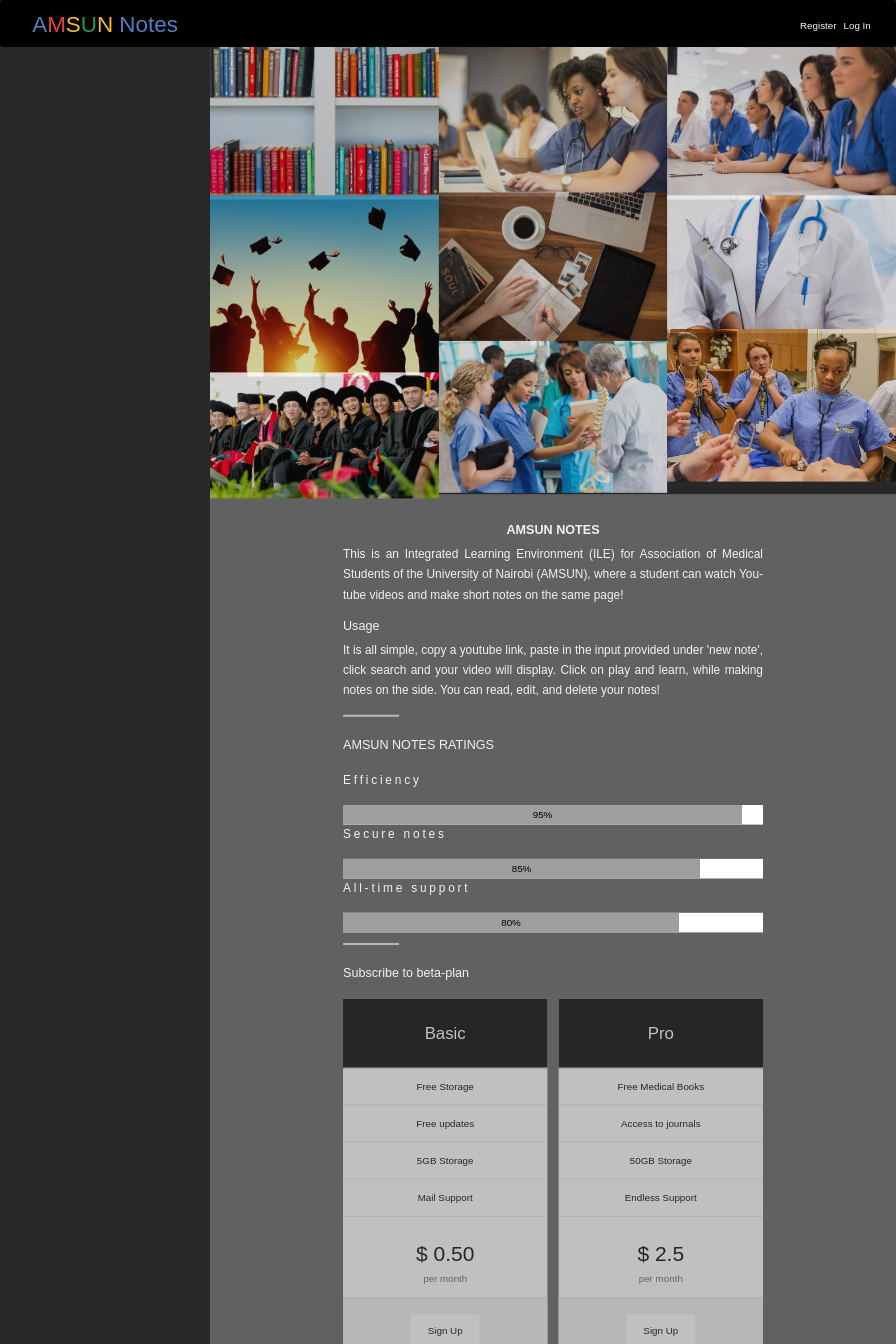
Repository: MakiniMakini/AMSUN-NOTES
Page: http://localhost/about
These files come from the project's save history. The page is drawn as it stood at one moment and after the next save; the edit follows.
The browser window is 1280 px wide. The pictures show the part of the page from y = 0 to 1920 px (the page is 2977 px tall), at 70% of full size.
Some web fonts or font styles are not loaded; a fallback is used. The page is served by the project's application, run on Flask 3 (application.py).

Above is the page before, as saved 2020-12-27 18:50:34.

After the next save:
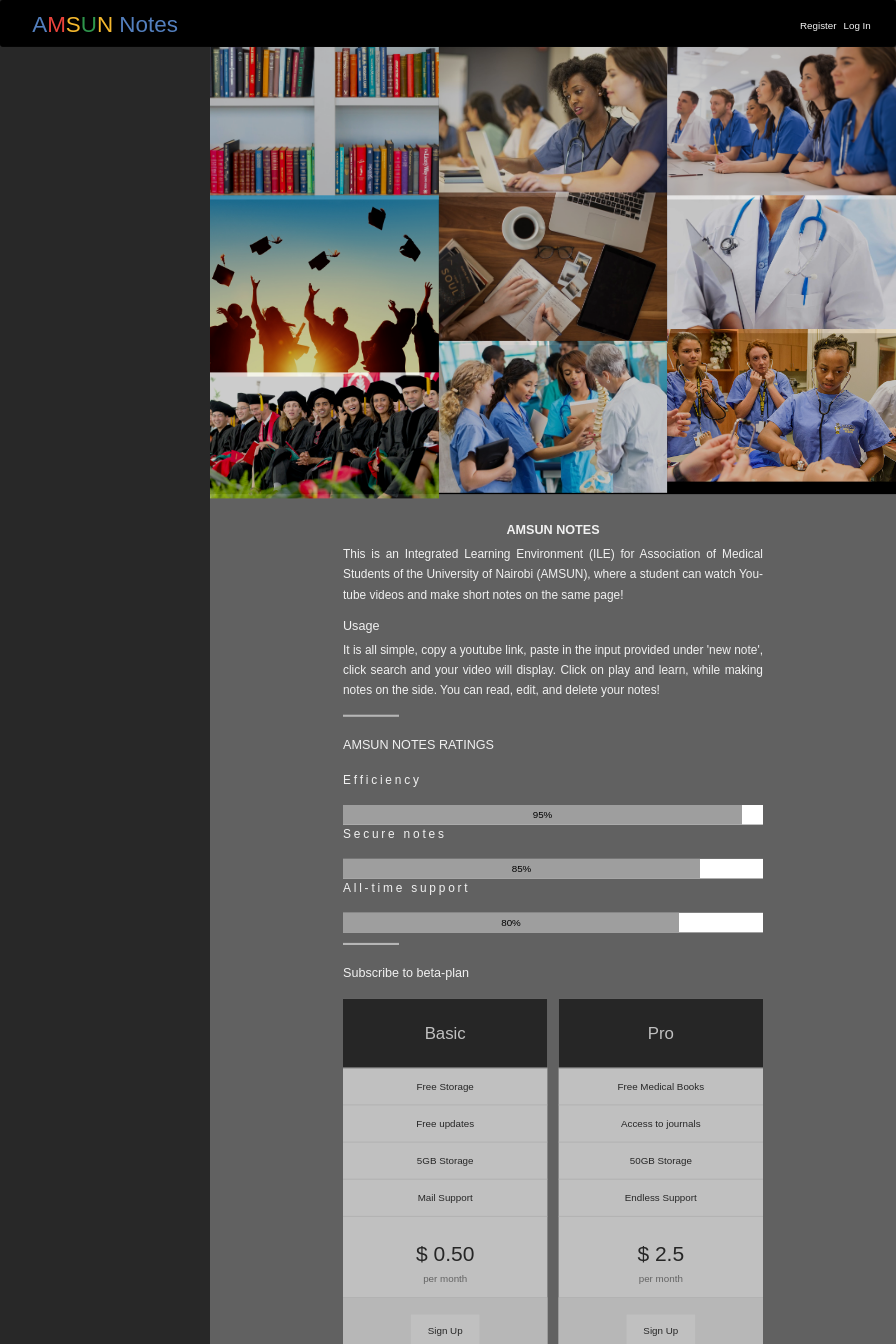
Saved 71 s later.
--- a/templates/about.html
+++ b/templates/about.html
@@ -33,7 +33,7 @@
   <div class="w3-hide-large" style="margin-top:83px"></div>
 
   <!-- Photo grid -->
-  <div class="w3-row">
+  <div class="w3-row" style="background-color: black;">
     <div class="w3-third">
       <img src="/static/images/about/books.jpeg" style="width:100%" onclick="onClick(this)" alt="Many more to read!">
       <img src="/static/images/about/gowns.jpg" style="width:100%" onclick="onClick(this)" alt="It will come!">
